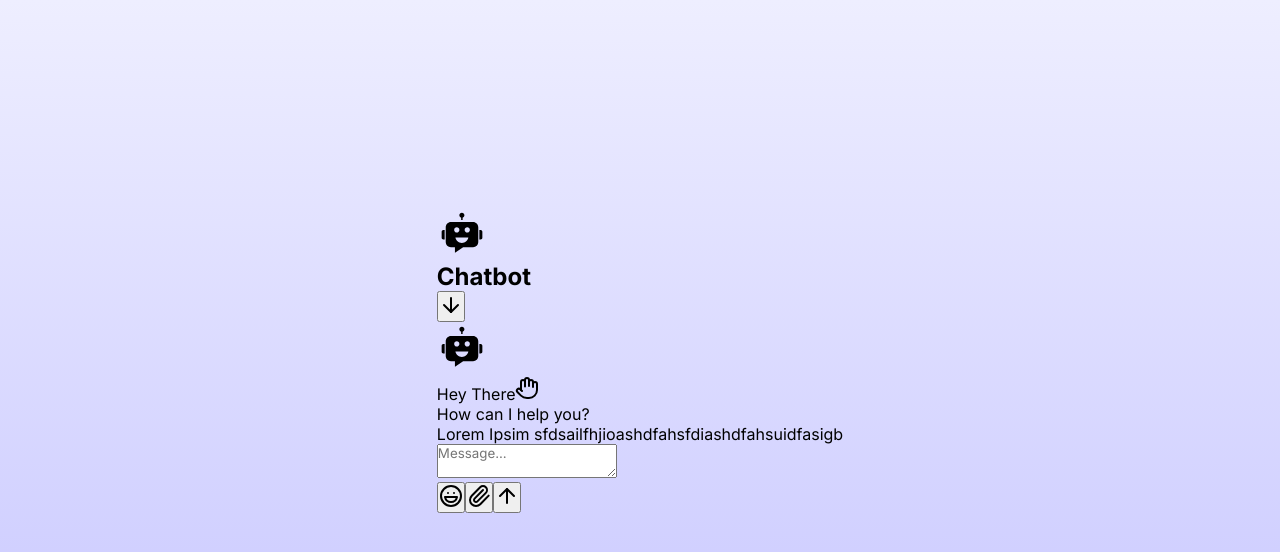
Repository: guilhermecardoso93/ai-bot
Page: /
The author's editor kept a copy of each file at every save. The page is drawn from the files as they stood at one save, then again after the next save.
The browser window is 1280 px wide. The pictures show the whole page.
The project was rebuilt for these pictures with package versions that can differ from the ones it lists, and the page was loaded fresh each time. Also part of the build but not shown: vite.config.js.

Above is the page before, as saved 2024-11-11 20:14:18.

### index.html
<!doctype html>
<html lang="en">

<head>
    <meta charset="UTF-8" />
    <link rel="icon" type="image/svg+xml" href="/vite.svg" />
    <link rel="preconnect" href="https://fonts.googleapis.com">
    <link rel="preconnect" href="https://fonts.gstatic.com" crossorigin>
    <link href="https://fonts.googleapis.com/css2?family=Inter:ital,opsz,wght@0,14..32,100..900;1,14..32,100..900&family=Outfit:wght@100..900&display=swap" rel="stylesheet">
    <meta name="viewport" content="width=device-width, initial-scale=1.0" />
    <title>Ai ChatBot</title>
</head>

<body>
    <div id="root"></div>
    <script type="module" src="/src/main.jsx"></script>
</body>

</html>

### src/index.css
:root {
  font-synthesis: none;
  text-rendering: optimizeLegibility;
  -webkit-font-smoothing: antialiased;
  -moz-osx-font-smoothing: grayscale;
}

* {
  padding: 0;
  margin: 0;
  box-sizing: border-box;
  font-family: "Inter", serif;
  font-optical-sizing: auto;
  font-style: normal;
}

body {
  display: flex;
  align-items: center;
  justify-content:center;
  min-height: 100vh;
  background: linear-gradient(#eeeeff, #c8c7ff);
}

### src/App.jsx
import { Main } from "./components/Main";

export function App() {
  return (
    <>
      <Main />
    </>
  );
}

### src/components/Main.jsx
import { Hand, ArrowDown, Laugh, Paperclip, ArrowUp } from "lucide-react";
import Logo from "../assets/logo.svg";

export function Main() {
  return (
    <div className="chatbot-popup">
      {/* Header */}
      <div className="chat-header">
        <div className="header-info">
          <img src={Logo} alt="" />
          <h2 className="logo-text">Chatbot</h2>
        </div>
        <button className="material-symbols-rounded">
          <ArrowDown />
        </button>
      </div>

      {/* Body */}
      <div className="chat-body">
        <div className="message bot-message">
          <div className="message-text">
            <img src={Logo} alt="" />
            <p className="message-text">
              Hey There
              <Hand />
            </p>
            <p>How can I help you?</p>
          </div>
          <div className="message-user">
            <p className="message-text">
              Lorem Ipsim sfdsailfhjioashdfahsfdiashdfahsuidfasigb
            </p>
          </div>
        </div>
      </div>

      {/* Footer */}
      <div className="chat-footer">
        <form action="" className="chat-form">
          <textarea
            placeholder="Message..."
            className="message-input"
          ></textarea>
          <div className="chat-controls">
            <button type='button'className="material-symbols-rounded">
              <Laugh />
            </button>
            <button type='button'className="material-symbols-rounded">
              <Paperclip />
            </button>
            <button type='button'className="material-symbols-rounded">
              <ArrowUp />
            </button>
          </div>
        </form>
      </div>
    </div>
  );
}

Loaded but not shown: src/main.jsx (common file)

After the next save:
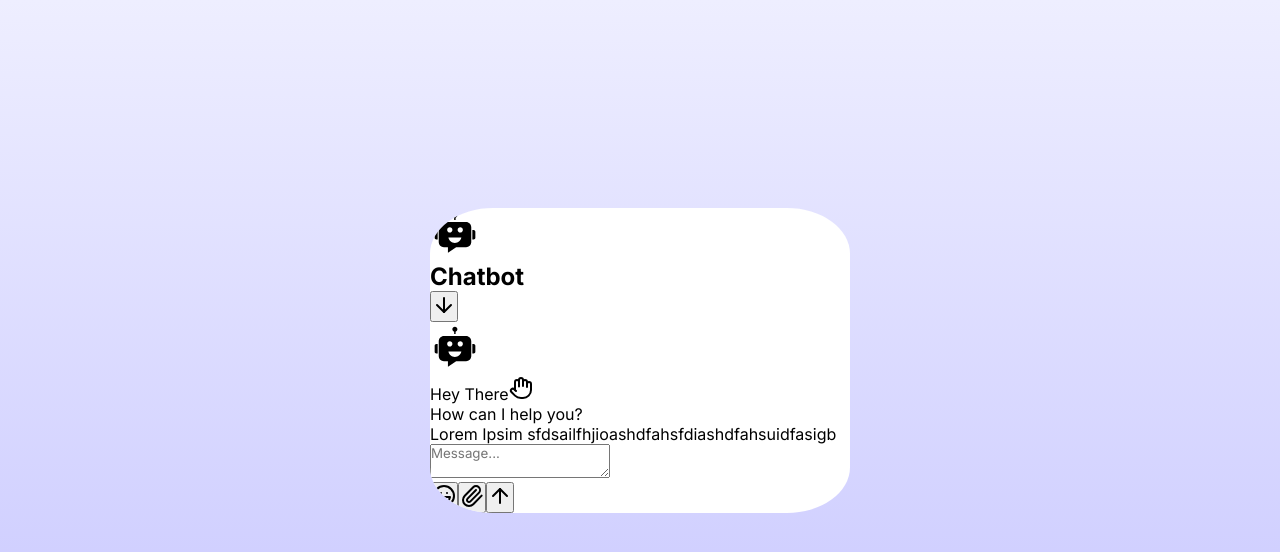
Saved 49 s later.
--- a/src/index.css
+++ b/src/index.css
@@ -17,7 +17,14 @@
 body {
   display: flex;
   align-items: center;
-  justify-content:center;
+  justify-content: center;
   min-height: 100vh;
   background: linear-gradient(#eeeeff, #c8c7ff);
 }
+
+.chatbot-popup {
+  width: 420px;
+  background: #ffff;
+  overflow: hidden;
+  border-radius: 15%;
+}
